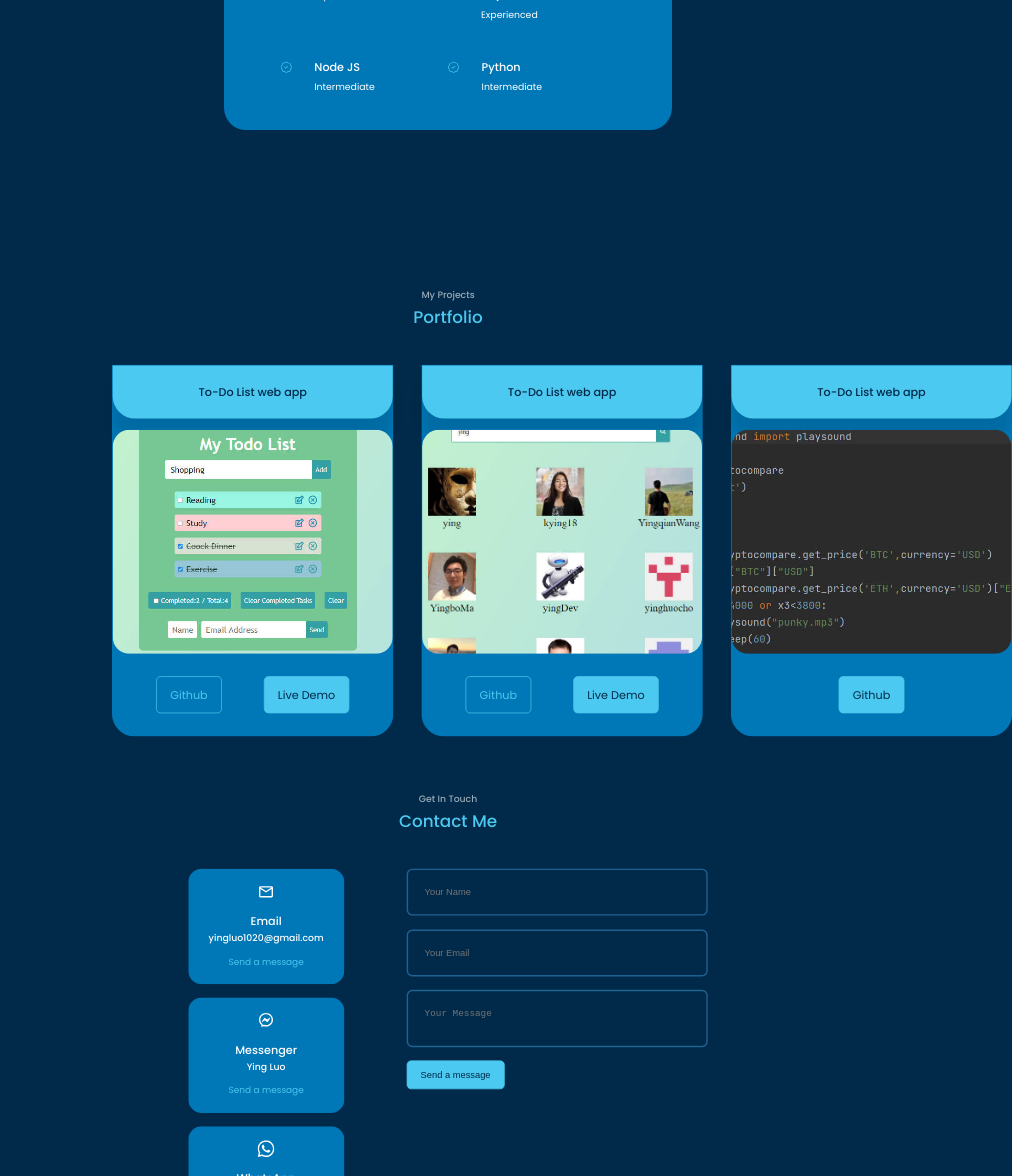
Repository: yingluo1020/react-portfolio-website
Page: /
An editor plug-in stored every save of this project. The page is shown before and after the next save, followed by the edit.
The browser window is 1280 px wide. The page is 1446 px wide, so the pictures cover 1446 px, including what lies to the right of the window. The pictures show the part of the page from y = 1390 to 3070 px (the page is 3663 px tall), at 70% of full size.
The project was rebuilt for these pictures with package versions that can differ from the ones it lists, and the page was loaded fresh each time. Imported but missing from the stored project, and not drawn on this page: src/assets/YingLuo_resume.pdf.

Above is the page before, as saved 2022-03-16 12:01:28.

### src/index.css
@import url('https://fonts.googleapis.com/css2?family=Poppins:wght@300;400;500;600&display=swap');

* {
 margin: 0;
 padding: 0;
 border: 0;
 outline: 0;
 box-sizing: border-box;
 list-style: none;
 text-decoration: none;
}

:root {
    --color-bg:#012a4a;
    --color-bg-variant:#0077b6;
    --color-primary:#4cc9f0;
    --color-primary-variant:rgba(77,181,255,0.4);
    --color-white:#fff;
    --color-light:rgba(255,255,255,0.6);

    --transition:all 400ms ease;

    --container-width-lg:75%;
    --container-width-md:86%;
    --container-width-sm:90%;
}

html {
    scroll-behavior:smooth;
}

::-webkit-scrollbar {
    display: none;
}

body {
    font-family: 'Poppins', sans-serif;
    background: var(--color-bg);
    color:var(--color-white);
    line-height:1.7;
}

/* general styles */
.container {
    width:var(--container-width-lg);
    margin: 0 auto;
}

h1,
h2,
h3,
h4,
h5 {
    font-weight: 500;
}

h1 {
    font-size: 2.5rem;
}

section {
    min-height: 100vh;
}

section > h2, section > h5 {
    text-align: center;
    color: var(--color-light);
}

section > h2 {
    color: var(--color-primary);
    margin-bottom: 3rem;
}

.text-light {
    color: var(--color-light);
}

a {
    color: var(--color-primary);
    transition: var(--transition);
}

a:hover {
    color: var(--color-white);
}

.btn {
    width: max-content;
    display: inline-block;
    color: var(--color-primary);
    padding: 0.75rem 1.2rem;
    border-radius:0.4rem;
    cursor: pointer;
    border: 1px solid var(--color-primary);
    transition: var(--transition);
}

.btn:hover{
    background: var(--color-white);
    color: var(--color-bg);
    border-color: transparent;
}

.btn-primary {
    background: var(--color-primary);
    color: var(--color-bg);
}

img{
    display: block;
    width: 100%;
    object-fit: cover;
}

/* media queries(medium devices)*/
@media screen and (max-width:1024px) {
    .container {
        width: var(--container-width-sm);
    }

    section> h2 {
        margin-bottom: 2rem;
    }
}

### src/components/header/Header.js
import React from 'react'
import avatar from '../../assets/avatar.JPG'
import './header.css';
import CV from '../../assets/YingLuo_resume.pdf'


function Header() {
    return (
        <header>
            <div className="container header_container">
                <h5>Hello, I'm</h5>
                <h1>Ying Luo</h1>
                <h5 className="text-light">Front-end Developer</h5>

                <div className='cta'>
                    <a href={CV} download className='btn'>Download My CV</a>
                    <a href="#contact" className='btn btn-primary'>Contact me</a>
                </div>
            </div>
        </header>
    )
}

export default Header

### src/components/nav/Nav.js
import React, { useState } from 'react'
import './nav.css'
import { AiOutlineHome, } from 'react-icons/ai'
import { AiOutlineUser } from 'react-icons/ai'
import { BiBook } from 'react-icons/bi'
import { AiOutlineFundProjectionScreen } from 'react-icons/ai'
import { BiMessageSquareDetail } from 'react-icons/bi'


function Nav() {
    const [activeNav, setActiveNav] = useState('#')
    return (
        <nav>
            <a href="#" onClick={() => setActiveNav('#')} className={activeNav === '#' ? 'active' : ''}><AiOutlineHome /></a>
            <a href="#about" onClick={() => setActiveNav('#about')} className={activeNav === '#about' ? 'active' : ''}><AiOutlineUser /></a>
            <a href="#experience" onClick={() => setActiveNav('#experience')} className={activeNav === '#experience' ? 'active' : ''}><BiBook /></a>
            <a href="#portfolio" onClick={() => setActiveNav('#services')} className={activeNav === '#services' ? 'active' : ''}><AiOutlineFundProjectionScreen /></a>
            <a href="#contact" onClick={() => setActiveNav('#contact')} className={activeNav === '#contact' ? 'active' : ''}><BiMessageSquareDetail /></a>
        </nav>
    )
}

export default Nav

### src/components/about/About.js
import React from 'react'
import avatar from '../../assets/avatar.JPG'
import { FaChalkboardTeacher } from 'react-icons/fa'
import { VscFolderLibrary } from 'react-icons/vsc'
import { FaGithub } from 'react-icons/fa';
import './about.css';

function About() {
    return (
        <section id='about'>
            <h5>My Intro</h5>
            <h2>About Me</h2>

            <div className="container about_container">
                <div className="about_me">
                    <div className="about_image">
                        <img src={avatar} alt="About Image" />
                    </div>
                </div>

                <div className="about_content">
                    <div className="about_cards">
                        <article className="about_card">
                            <FaChalkboardTeacher className='about_icon' />
                            <h5> Self-learner on Frontend </h5>
                            <small>HTML/CSS, JavaScript, React, Axios...</small>
                        </article>

                        <article className="about_card">
                            <VscFolderLibrary className='about_icon' />
                            <h5>Personal IT Projects </h5>
                            <small>10+ completed:  </small>
                            <a href="https://github.com/yingluo1020" target="_blank"><FaGithub /></a>
                        </article>
                    </div>

                    <p>I am a highly motivated self-learner software developer with experience in developing a wide range of web applications and software. My core experience is on building front-end applications using HTML, CSS, JavaScript and React. Furthermore, I have developed various automated applications using Python to reduce repetitive and time-consuming tasks. I am currently seeking to be a frontend developer where I can apply my knowledge and further develop my skills.
                        <a href="https://github.com/yingluo1020" target="_blank"><FaGithub /></a>
                    </p>
                    <div className="about_btn">
                        <a href="#contact" className="btn btn">Contact Me</a>
                        <a href="#" target="_blank" className="btn btn-primary">Go to My Projects</a>
                    </div>

                </div>
            </div>
        </section>
    )
}

export default About

### src/components/experience/Experience.js
import React from 'react'
import './experience.css';
import { BsPatchCheck } from 'react-icons/bs'


function Experience() {
    return (
        <section id='experience'>
            <h5>What Skills I Have</h5>
            <h2>My Experience</h2>

            <div className="container experience_container">
                <article className='experience_details'>
                    <BsPatchCheck className='experience_details-icon' />
                    <div>
                        <h4>HTML</h4>
                        <small className='text_light'>Experienced</small>
                    </div>
                </article>
                <article className='experience_details'>
                    <BsPatchCheck className='experience_details-icon' />
                    <div>
                        <h4>CSS</h4>
                        <small className='text_light'>Experienced</small>
                    </div>
                </article>
                <article className='experience_details'>
                    <BsPatchCheck className='experience_details-icon' />
                    <div>
                        <h4>JavaScript (ES6)</h4>
                        <small className='text_light'>Experienced</small>
                    </div>
                </article>
                <article className='experience_details'>
                    <BsPatchCheck className='experience_details-icon' />
                    <div>
                        <h4>React (Hooks, Router V6) </h4>
                        <small className='text_light'>Experienced</small>
                    </div>
                </article>
                <article className='experience_details'>
                    <BsPatchCheck className='experience_details-icon' />
                    <div>
                        <h4>Node JS</h4>
                        <small className='text_light'>Intermediate</small>
                    </div>
                </article>
                <article className='experience_details'>
                    <BsPatchCheck className='experience_details-icon' />
                    <div>
                        <h4>Python</h4>
                        <small className='text_light'>Intermediate</small>
                    </div>
                </article>
            </div>

        </section>
    )
}

export default Experience

### src/components/portfolio/Portfolio.js
import React from 'react'
import './portfolio.css';
import project1 from '../../assets/todo1.jpg'
import project2 from '../../assets/search.jpg'
import project3 from '../../assets/btc_alert.jpg'



function Portfolio() {
    return (
        <section id='portfolio'>
            <h5>My Projects</h5>
            <h2>Portfolio</h2>
            <div className="container portfolio_container ">
                <article className='portfolio'>
                    <div className="portfolio_head">
                        <h3 >To-Do List web app</h3>
                    </div>

                    <div className="portfolio_item-image">
                        <img src={project1} alt="project1" />
                    </div>

                    <div className="portfolio_link">
                        <a href="https://github.com/yingluo1020/react_todoList" target='_blank' className='btn '>Github</a>
                        <a href="http://todolist.yingluoresume.com/" target='_blank' className='btn btn-primary'>Live Demo</a>
                    </div>
                </article>

                <article className='portfolio'>
                    <div className="portfolio_head">
                        <h3 >To-Do List web app</h3>
                    </div>

                    <div className="portfolio_body">
                        <div className="portfolio_item-image">
                            <img src={project2} alt="project1" />
                        </div>
                    </div>
                    <div className="portfolio_link">
                        <a href="https://github.com" target='_blank' className='btn '>Github</a>
                        <a href="https://dribbble.com/Alien_pixels" target='_blank' className='btn btn-primary'>Live Demo</a>
                    </div>
                </article>

                <article className='portfolio'>
                    <div className="portfolio_head">
                        <h3 >To-Do List web app</h3>
                    </div>

                    <div className="portfolio_body">
                        <div className="portfolio_item-image">
                            <img src={project3} alt="project1" />
                        </div>
                    </div>
                    <div className="portfolio_link">
                        <a href="https://github.com" target='_blank' className='btn btn-primary'>Github</a>
                    </div>
                </article>

            </div>
        </section>
    )
}

export default Portfolio

### src/components/contact/Contact.js
import React, { useRef } from 'react'
import './contact.css'
import { MdOutlineEmail } from 'react-icons/md'
import { RiMessengerLine } from 'react-icons/ri'
import { BsWhatsapp } from 'react-icons/bs'
import emailjs from '@emailjs/browser';


function Contact() {
    const form = useRef();

    const sendEmail = (e) => {
        e.preventDefault();

        emailjs.sendForm('service_s6sapzl', 'template_utnko3u', form.current, 'user_Ak4JS85QR5w9GZLqKm3hY')

        alert(`I'll will reply you ASAP :)`)
        e.target.reset()
    };

    return (
        <section id="contact">
            <h5>Get In Touch</h5>
            <h2>Contact Me</h2>

            <div className="container contact_container">
                <div className="contact_options">
                    <article className='contact_option'>
                        <MdOutlineEmail className='contact_option-icon' />
                        <h4>Email</h4>
                        <h5>yingluo1020@gmail.com</h5>
                        <a href="mailto:yingluo1020@gmail.com" target='_blank'>Send a message</a>
                    </article>

                    <article className='contact_option'>
                        <RiMessengerLine className='contact_option-icon' />
                        <h4>Messenger</h4>
                        <h5>Ying Luo</h5>
                        <a href="https://m.me/yng.luo" target='_blank'>Send a message</a>
                    </article>

                    <article className='contact_option'>
                        <BsWhatsapp className='contact_option-icon' />
                        <h4>WhatsApp</h4>
                        <h5>+44 7407171383</h5>
                        <a href="https://api.whatsapp.com/send?phone+447407171383" target='_blank'>Send a message</a>
                    </article>
                </div>
                {/* End of contact options */}
                <form action="" ref={form} onSubmit={sendEmail}>
                    <input type="text" name='name' placeholder='Your Name' required />
                    <input type="email" name='email' placeholder='Your Email' required />
                    <textarea type="text" name='name' placeholder='Your Message' required ></textarea>
                    <button type="submit" className="btn btn-primary">Send a message</button>
                </form>

            </div>
        </section>

    )
}

export default Contact

### src/components/footer/Footer.js
import React from 'react'
import './footer.css'
import { BsLinkedin } from 'react-icons/bs';
import { FaGithub } from 'react-icons/fa';
import { FiDribbble } from 'react-icons/fi';


function Footer() {
    return (
        <footer>
            <a href="https://github.com/yingluo1020" target="_blank" className='footer_logo'><FaGithub /> Ying Luo</a>
            <ul className='permalinks'>
                <li><a href="#">Home</a></li>
                <li><a href="#about">About</a></li>
                <li><a href="#experience">Experience</a></li>
                <li><a href="#portfolio">Portfolio</a></li>
                <li><a href="#contact">Contact</a></li>
            </ul>

            <div className="footer_copyright">
                <small>&copy; All rights reserved by Ying Luo.</small>
            </div>
        </footer>
    )
}

export default Footer

### src/components/header/header.css
header {
    height: 50vh;
    padding-top: 5rem;
    overflow: hidden;
}

.header_container {
    text-align: center;
    height: 100%;
    position: relative;
}

.cta {
    margin: 2.5rem auto;
    display: flex;
    gap:1.2rem;
    justify-content: center;
}

.avatar {
    background: linear-gradient(var(--color-primary),transparent) ;
    width: 22rem;
    height: 30rem;
    position: absolute;
    left: calc(50% - 11rem);
    border-radius: 12rem 12rem 0 0 ;
    overflow: hidden;
    padding: 5rem 1.5rem 1.5rem 1.5rem;
}


/* media queries(medium devices)*/
@media screen and (max-width:1024px) {
    header {
        height: 68vh;
    }
}

/* media queries(small devices)*/
@media screen and (max-width:600px) {
   header {
       height: 100vh;
   }
}

### src/components/nav/nav.css
nav {
    background: rgba(0, 0, 0, 0.3);
    width: max-content;
    display: block;
    padding:0.7rem 1.7rem;
    z-index: 2;
    position: fixed;
    left: 50%;
    transform: translateX(-50%);
    bottom: 2rem;
    display: flex;
    gap: 0.8rem;
    border-radius: 3rem;
    /* backdrop-filter: blur(15px); */
}

nav a {
    background: transparent;
    padding: 0.9rem;
    border-radius:50% ;
    display: flex;
    color: var(--color-light);
    font-size: 1.1rem;
}

nav a:hover{
    background: rgba(0, 0, 0, 0.3);
}

nav a.active {
    background: var(--color-primary);
    color: var(--color-bg);
}

### src/components/about/about.css
.about_container {
    display: grid;
    grid-template-columns: 35% 50%;
    gap: 15%;
}

.about_me{
    width: 100%;
    aspect-ratio: 0.95/1;
    border-radius: 2rem;
    background: linear-gradient(45deg,transparent,var( --color-primary),transparent);
    display: grid;
    place-items: center;
}

.about_image {
    border-radius: 2rem;
    overflow: hidden;
    transform: rotate(10deg);
    transition: var(--transition);
}

.about_image:hover{
    transform: rotate(0);
}

.about_image img {
    width: 75%;
    margin: 0 auto;
}
.about_cards {
    display: grid;
    grid-template-columns: repeat(2,1fr);
    gap: 1.5rem;
}

.about_card {
    background: var(--color-bg-variant);
    border:1px solid transparent ;
    border-radius: 1rem;
    padding: 2rem;
    text-align: center;
    transition: var(--transition);
}

.about_card:hover {
    background:transparent;
    border-color:var(--color-primary-variant) ;
    cursor: default;
}

.about_icon {
    color: var(--color-primary);
    font-size: 1.4rem;
    margin-bottom: 1rem;
}

.about_card h5 {
    font-size: 0.9rem;
}

.about_card small {
    font-size: 0.7rem;
    color: var(--color-light);
}
.about_content{
    height: fit-content;
}
.about_content p {
    margin: 2rem 0 2.6rem;
    color: var(--color-light);
}

.about_content .about_btn {
    display: flex;
    gap:1.2rem;
}

/* media queries(medium devices)*/
@media screen and (max-width:1024px) {
    .about_container {
        grid-template-columns: 1fr ;
        gap:0;
    }

    .about_me{
        width: 50%;
        margin: 2rem auto 4rem;
    }

    .about_content p {
        margin: 1rem 0 1.5rem;
    }
}

/* media queries(small devices)*/
@media screen and (max-width:600px) {
    .about_me{
        width: 65%;
        margin: 0 auto 3rem;
    }

    .about_cards {
        grid-template-columns: 1fr 1fr;
        gap: 1rem;
    }

    .about_content {
        text-align: center;
    }

    .about_content p {
        margin: 1.5rem 0.5rem;
    }
}

### src/components/experience/experience.css
.experience_container{
    width: 50%;
    display: grid;
    grid-template-columns: 1fr 1fr;
    justify-items:  stretch;
    row-gap: 3rem ;
    background: var(--color-bg-variant);
    padding: 3rem 5rem;
    border-radius: 2rem;
    border: 1px solid transparent;
    transition: var(--transition);
}


.experience_container:hover{
    background: transparent;
    border-color: var(--color-primary-variant);
    cursor: default;
}


.experience_details {
    display: flex;
    gap: 2rem;
}

.experience_details-icon{
    margin-top: 6px;
    color: var(--color-primary);
}

/* media queries(medium devices)*/
@media screen and (max-width:1024px) {
    .experience_container  {
        width: 80%;
        padding: 2rem;
        margin: 0 auto;
    }

}

/* media queries(small devices)*/
@media screen and (max-width:600px) {
    .experience_container{
        width: 100%;
        grid-template-columns: 1fr;
        padding: 1rem;
    }

}

### src/components/portfolio/portfolio.css
.portfolio_container{
    display: grid;
    grid-template-columns: repeat(3,1fr);
    gap: 2.5rem;
}

.portfolio {
    background: var(--color-bg-variant);
    border-radius:0 0 2rem 2rem;
    border: 1px solid transparent;
    /* height: fit-content; */
    transition: var(--transition);
}

.portfolio:hover {
    background: transparent;
    border-color: var(--color-primary-variant);
    transition: var(--transition);
}

.portfolio_head{
    background: var(--color-primary);
    border-radius:0 0 2rem 2rem;
    padding: 1.5rem;
    box-shadow: 0 2rem 1rem rgba(0,0,0,0.1);
}

.portfolio_head h3 {
    text-align: center;
    font-size: 1rem;
    color: var(--color-bg);
}

.portfolio_item-image {
    width: 25rem;
    height: 20rem;
    /* aspect-ratio: 1/1;   */
    border-radius: 1.5rem;
    overflow: hidden;
    margin: 1rem auto;
}

.portfolio_item-image img {
    width: 100%;
    height: 100%;
}

.portfolio_link {
    display: flex;
    justify-content: space-around;
    margin: 2rem;
}


/* media queries(medium devices)*/
@media screen and (max-width:1024px) {
    .portfolio_container{
        grid-template-columns: 1fr 1fr;
        gap: 1.2rem;
    }
}

/* media queries(small devices)*/
@media screen and (max-width:600px) {
    .portfolio_container {
        grid-template-columns: 1fr;
        gap: 1rem;
    }
}

### src/components/contact/contact.css
.contact_container {
    width: 58%;
    display: grid;
    grid-template-columns: 30% 58%;
    gap: 12%;
}

.contact_options {
    display: flex;
    flex-direction: column;
    gap: 1.2rem;
}

.contact_option{
    background: var(--color-bg-variant);
    padding: 1.2rem ;
    border-radius:1.2rem;
    border: 1px solid transparent;
    text-align: center;
    transition: var(--transition);
}

.contact_option:hover{
    background: transparent;
    border-color: var(--color-primary-variant);
}

.contact_option-icon{
    font-size: 1.5rem;
    margin-bottom: 0.5rem;
}

.contact_option a {
    margin-top: 0.7rem;
    display: inline-block;
    font-size: 0.8rem;
}

/* form */
form {
    display: flex;
    flex-direction: column;
    gap: 1.2rem;
}

input, textarea{
    width: 100%;
    padding: 1.5rem ;
    border-radius:0.5rem;
    border: 2px solid var(--color-primary-variant);
    background: transparent;
    resize: none; /* 元素不能被用户缩放。 */
    color: var(--color-white);
}

/* media queries(medium devices)*/
@media screen and (max-width:1024px) {
    .contact_container {
        grid-template-columns: 1fr;
        gap: 2rem;
    }

}

/* media queries(small devices)*/
@media screen and (max-width:600px) {
    .contact_container{
        width: var(--container-width-sm);
    }
}

### src/components/footer/footer.css
footer {
    background: var(--color-primary);
    padding: 2rem 0;
    text-align: center;
    font-size: 0.9rem;
    margin-top: 7rem;
}

footer a {
    color: var(--color-bg);
}

.footer_logo{
    font-size: 2rem;
    font-weight: 500;
    margin-bottom: 2rem;
    display: inline-block;
}

.permalinks{
    display: flex;
    flex-wrap: wrap;
    justify-content: center;
    gap: 2rem;
    margin: 0 auto 3rem;
}

.footer_socials{
    display: flex;
    justify-content: center;
    gap: 1rem;
    margin-bottom: 4rem;
}

.footer_socials a {
    display: flex;
    background: var(--color-bg);
    color: var(--color-white);
    padding: 0.8rem;
    border-radius: 0.7rem;
    border: 1px solid transparent;
    transition: var(--transition);
}

.footer_socials a:hover{
    background: transparent;
    color: var(--color-bg);
    border-color: var(--color-bg);
}

.footer_copyright {
    margin-bottom: 4rem;
    color: var(--color-bg);
}

/* media queries(small devices)*/
@media screen and (max-width:600px) {
    .permalinks{
        flex-direction: column;
        gap: 1.5rem;
    }

    .footer_socials{
        margin-bottom: 2.6rem;
    }
}

Loaded but not shown: public/index.html (common file); src/index.js (common file); src/App.js (common file)

After the next save:
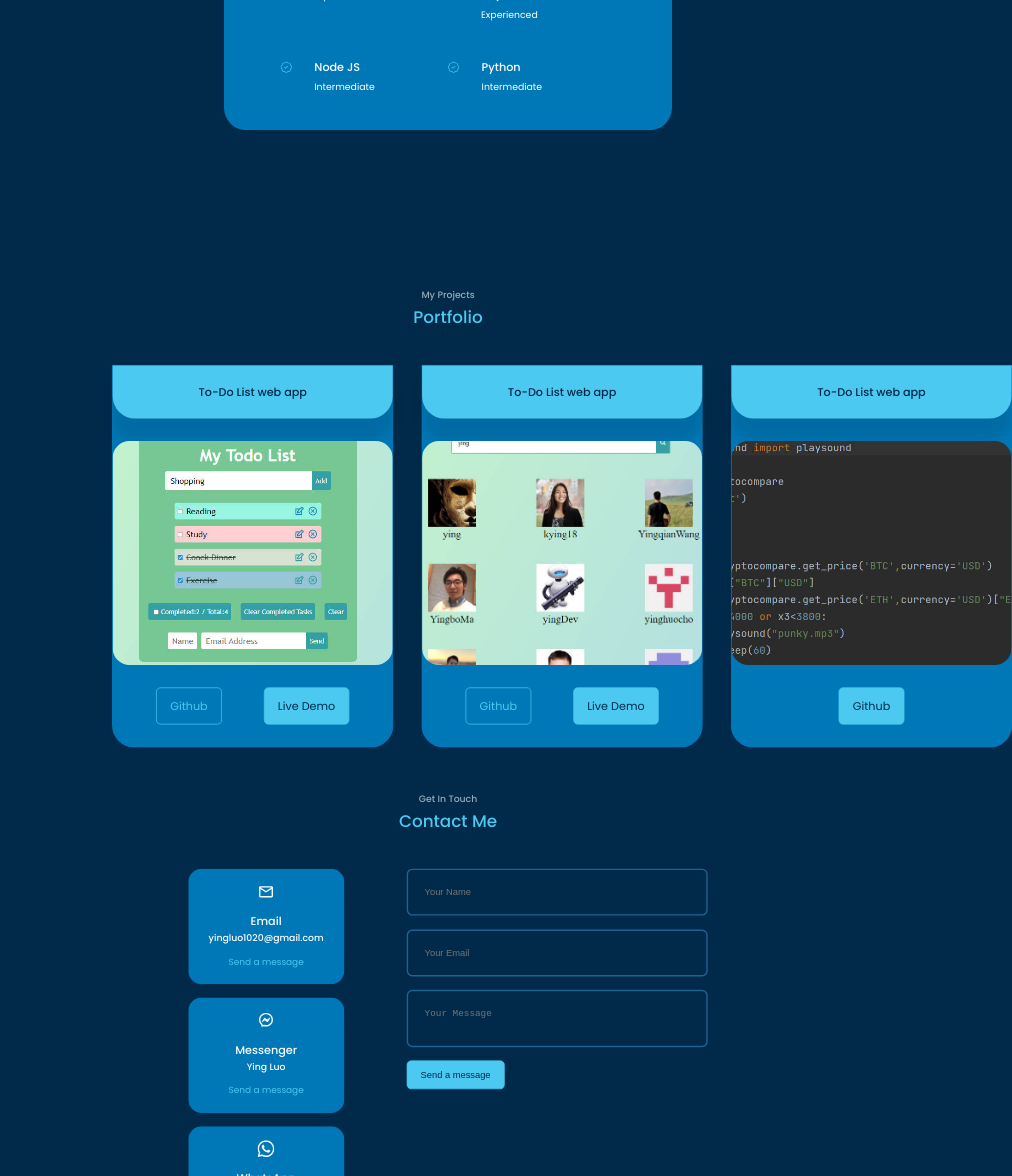
Saved 7 s later.
--- a/src/components/portfolio/portfolio.css
+++ b/src/components/portfolio/portfolio.css
@@ -37,7 +37,7 @@
     /* aspect-ratio: 1/1;   */
     border-radius: 1.5rem;
     overflow: hidden;
-    margin: 1rem auto;
+    margin: 2rem auto;
 }
 
 .portfolio_item-image img {
